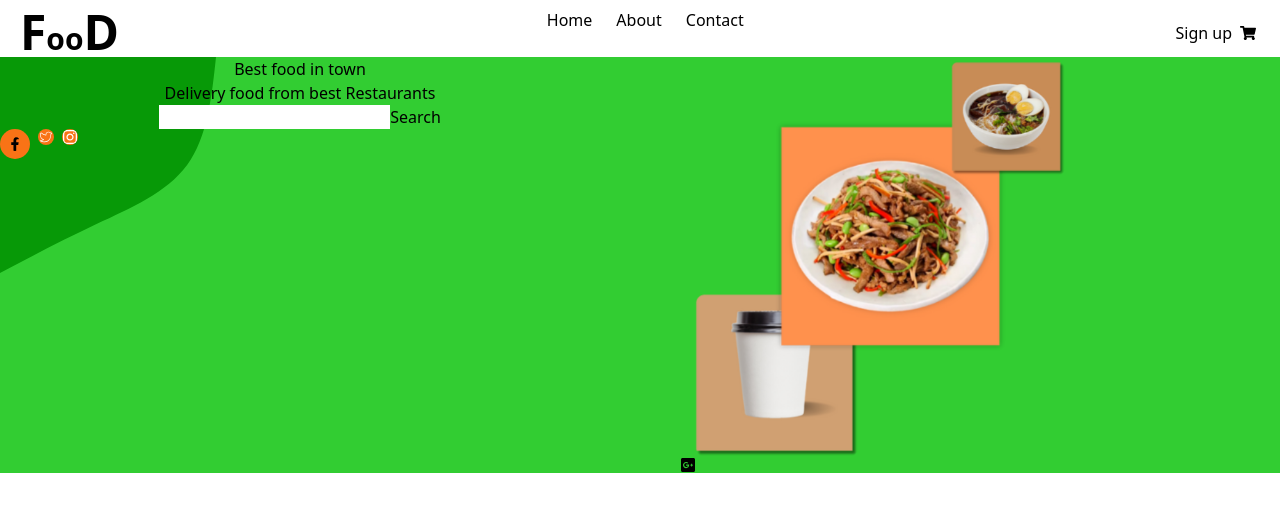
Repository: KhushiCode14/FoodWeb
Page: /
These files come from the project's save history. The page is drawn as it stood at one moment and after the next save; the edit follows.
The browser window is 1280 px wide. The pictures show the whole page.
The project was rebuilt for these pictures with package versions that can differ from the ones it lists, and the page was loaded fresh each time. Also part of the build but not shown: src/components/Home/SignUp.tsx, src/components/Home/SignIn.tsx.

Above is the page before, as saved 2024-09-19 19:56:58.

After the next save:
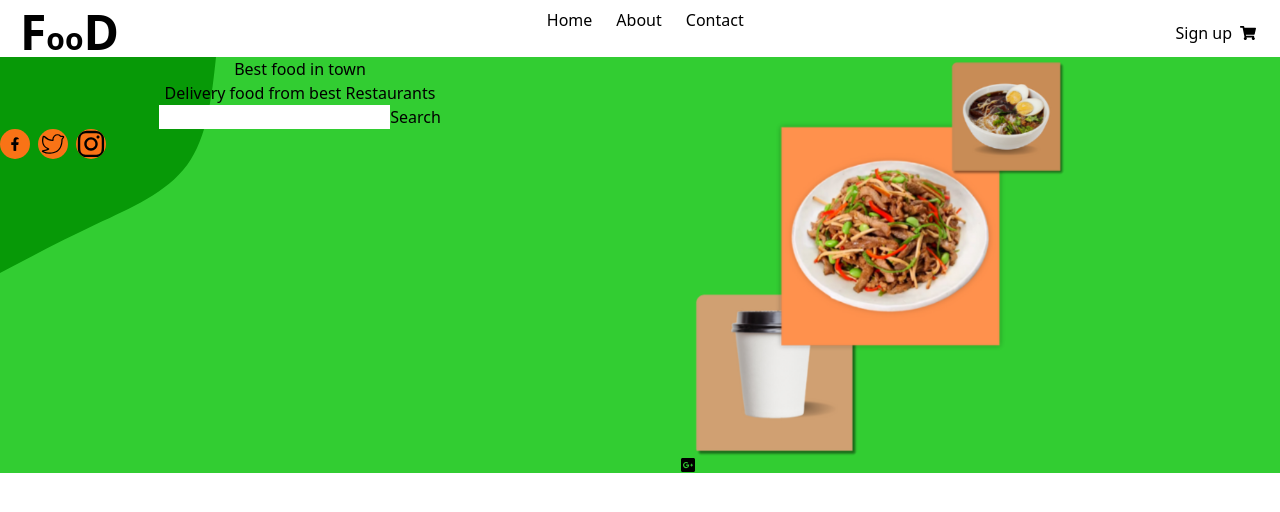
Saved 11 s later.
--- a/src/Pages/Home.tsx
+++ b/src/Pages/Home.tsx
@@ -17,9 +17,9 @@ const Home: React.FC = () => {
           <div className="flex gap-2  ">
             <Link to="/about"><FaFacebookF  size={30}className="bg-orange-500  text-black rounded-full font-extrabold  p-2"/>
             </Link>
-            <Link to=""> < CiTwitter color="white" className="bg-orange-500 rounded-full" />
+            <Link to=""> < CiTwitter  size={30}className="bg-orange-500 rounded-full" />
             </Link>
-            <Link to="">  <FaInstagram color="white" className="bg-orange-500 rounded-full" />
+            <Link to="">  <FaInstagram  size={30}className="bg-orange-500 rounded-full" />
             </Link>
 
           </div>
